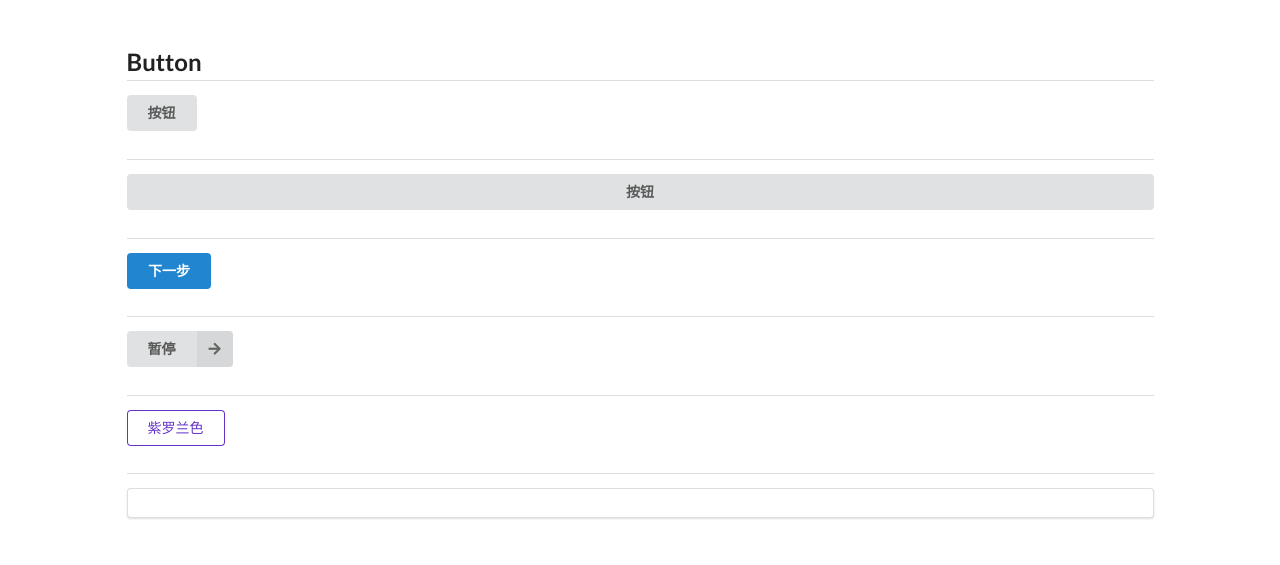
Repository: GOGOHQ/myblog
Page: index.html
These files come from the project's save history. The page is drawn as it stood at one moment and after the next save; the edit follows.
The browser window is 1280 px wide. The pictures show the whole page.
Some web libraries are served in a nearby version.

Above is the page before, as saved 2020-01-16 13:21:11.

### index.html
<!DOCTYPE html>
<html lang="en">

<head>
    <meta charset="UTF-8">
    <meta name="viewport" content="width=device-width, inital-scale=1.0">
    <title>首页</title>
    <link rel="stylesheet" href="https://cdn.jsdelivr.net/semantic-ui/2.2.4/semantic.min.css">
    <script src="https://cdn.jsdelivr.net/npm/jquery@3.2/dist/jqurey.min.js"></script>
    <script src="https://cdn.jsdelivr.net/semantic-ui/2.2.4/semantic.min.js"></script>
</head>

<body>
<div class="ui container" style="padding:50px">
    <h2 class="ui dividing header">Button</h2>
    <button class="ui button">按钮</button>
    <!-- 填充父容器的按钮 -->
    <h2 class="ui dividing header"></h2>
    <button class="ui button fluid">按钮</button>
    <h2 class="ui dividing header"></h2>
    <!-- 动画按钮 -->
    <button class="ui button vertical primary animated">
        <div class="visible content">下一步</div>
        <div class="hidden content">
            <i class="right arrow icon"></i>
        </div>
    </button>
    <h2 class="ui dividing header"></h2>
    <!-- 标签按钮 -->
    <button class="ui right labeled icon button ">
        <i class="right arrow icon"></i>
        暂停
    </button>
    <!-- 彩色按钮 -->
    <h2 class="ui dividing header"></h2>
    <button class="ui violet basic button">
        紫罗兰色
    </button>
    <h2 class="ui dividing header"></h2>
    <div class="ui segment"></div>

</div>


</body>


</html>

After the next save:
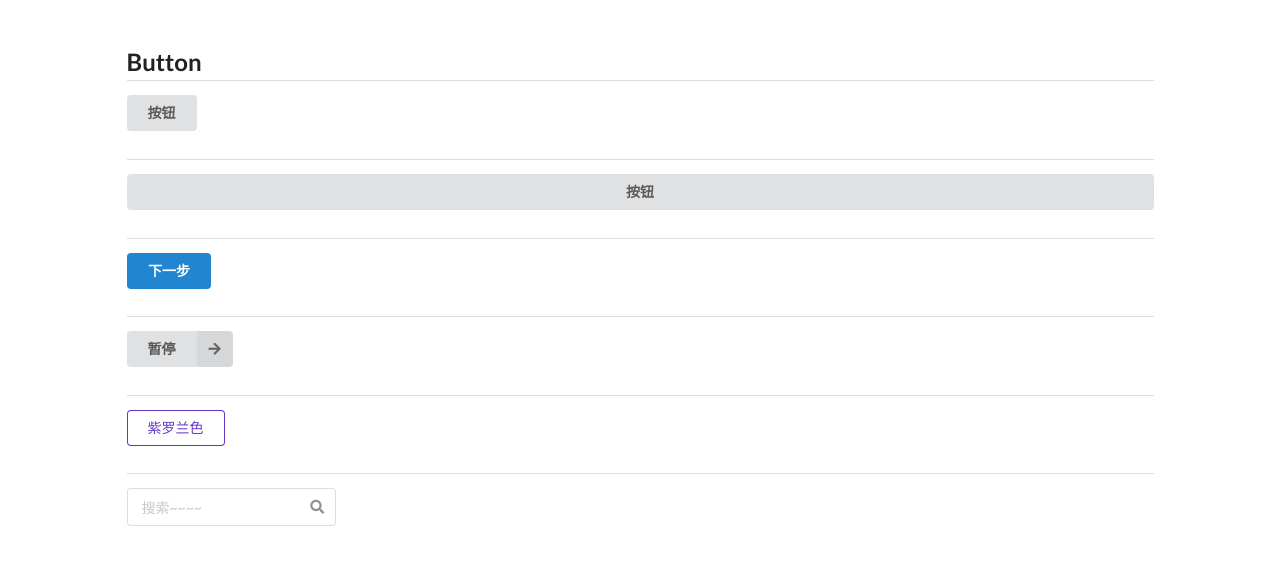
Saved 3 min 1 s later.
--- a/index.html
+++ b/index.html
@@ -37,7 +37,10 @@
         紫罗兰色
     </button>
     <h2 class="ui dividing header"></h2>
-    <div class="ui segment"></div>
+    <div class="ui icon input">
+        <input type="text" placeholder="搜索~~~~">
+        <i class="search link icon"></i>
+    </div>
 
 </div>
 
